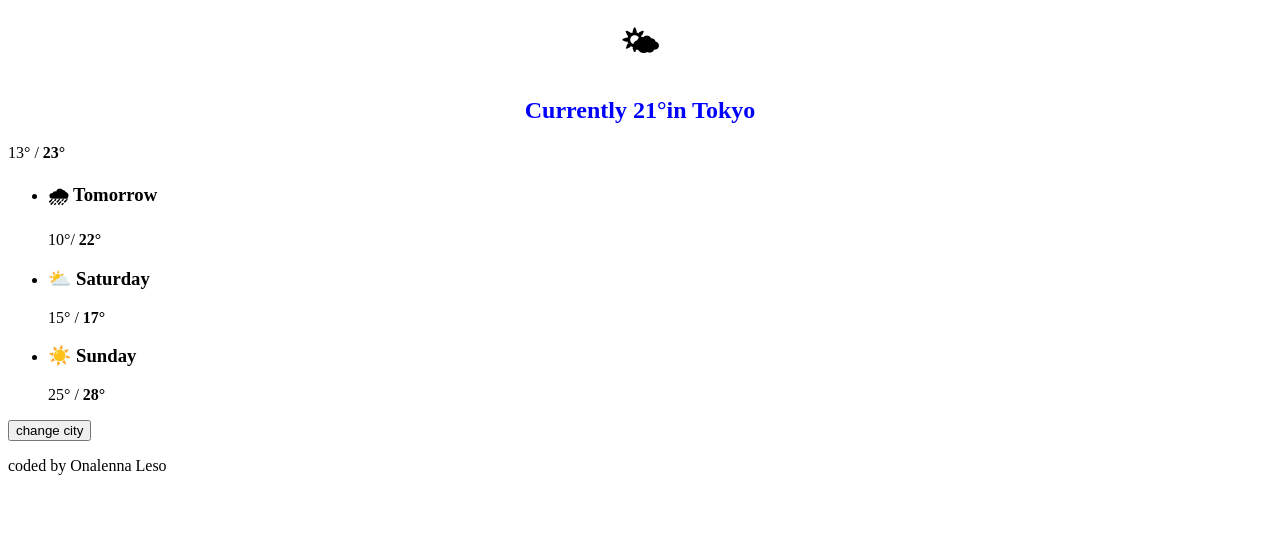
Repository: onalennaleso/empty
Page: homework.html
These files come from the project's save history. The page is drawn as it stood at one moment and after the next save; the edit follows.
The browser window is 1280 px wide. The pictures show the whole page.

Above is the page before, as saved 2024-02-02 01:13:02.

### homework.html
<!DOCTYPE html>
<html lang="en">

<head>
    <meta charset="UTF-8">
    <meta name="viewport" content="width=>, initial-scale=1.0">
    <title>Weather demo</title>
    <style>
        h1 {
            text-align: center;
        }

        h2 {
            color: blue;
            text-align: center;
            font-weight: helvetica, arial, sans-serif;
        }
    </style>
</head>

<body>
    <h1>
        🌤
    </h1>
    <h2>
        Currently 21&deg;in Tokyo
    </h2>
    <p> 13&deg; / <strong> 23&deg; </strong></p>
    <ul>
        <li>
            <h3>
                🌧 Tomorrow
            </h3>
            <p>10&deg;/ <strong> 22&deg;</strong></p>
        </li>
        <li>
            <h3>
                ⛅ Saturday
            </h3>
            <p> 15&deg; / <strong> 17&deg;</strong></p>
        </li>
        <li>
            <h3>
                ☀️ Sunday
            </h3>
            <p> 25&deg; / <strong> 28&deg;</strong></p>
        </li>
    </ul>
    <button>
        change city
    </button>
    <p>
        coded by Onalenna Leso
    </p>
</body>

</html>

After the next save:
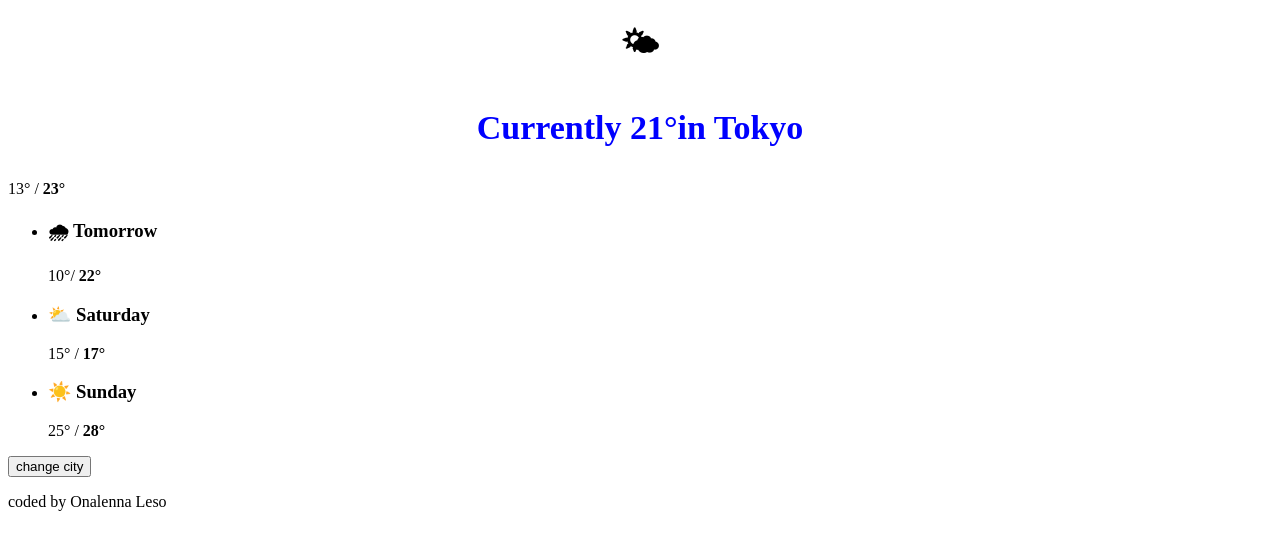
Saved 99 s later.
--- a/homework.html
+++ b/homework.html
@@ -14,6 +14,8 @@
             color: blue;
             text-align: center;
             font-weight: helvetica, arial, sans-serif;
+            font-size: 34px;
+            line-height: 48px;
         }
     </style>
 </head>
